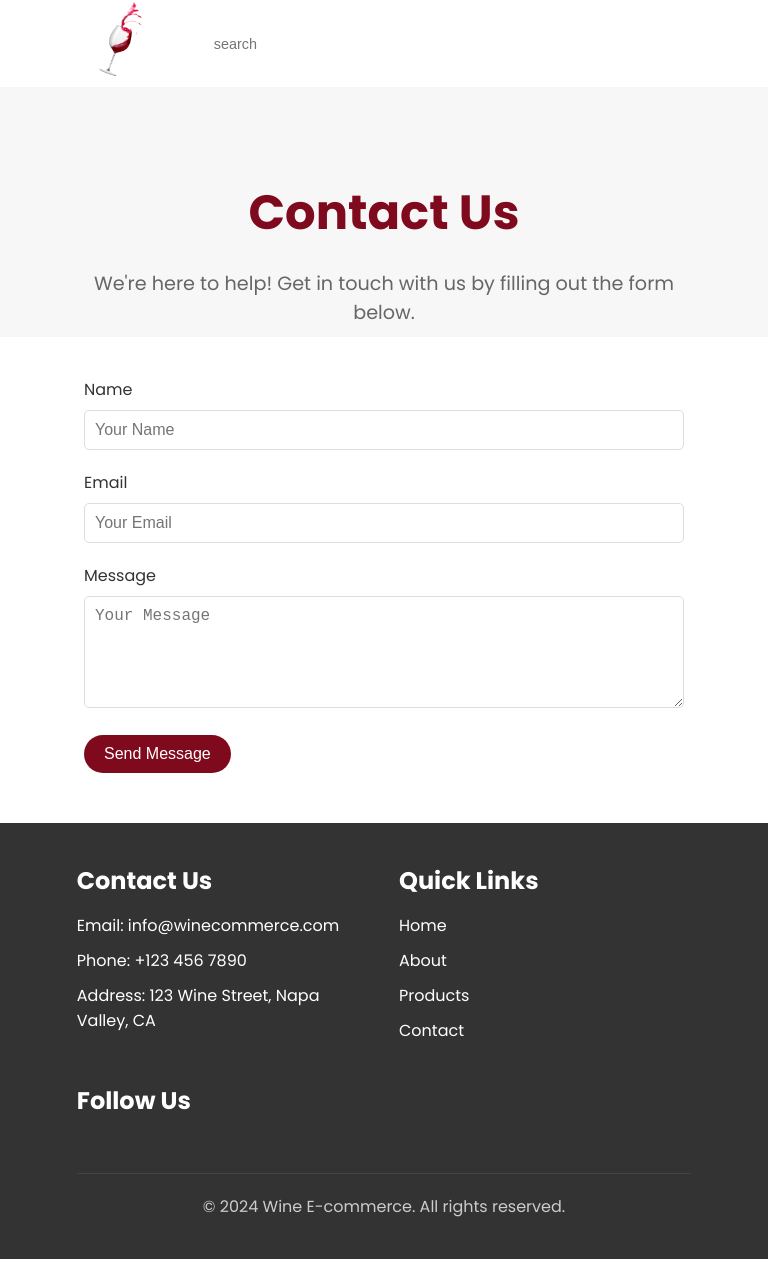
Repository: vncntxl/assesment3
Page: contact.html
The author's editor kept a copy of each file at every save. The page is drawn from the files as they stood at one save, then again after the next save.
The browser window is 768 px wide. The pictures show the whole page.
Some icons come from a web library that is not loaded, so they are not drawn.

Above is the page before, as saved 2024-08-22 13:46:37.

### contact.html
<!DOCTYPE html>
<html lang="en">

<head>
    <meta charset="UTF-8">
    <meta name="viewport" content="width=device-width, initial-scale=1.0">
    <title>Contact Us - Wine E-commerce</title>
    <link rel="stylesheet" href="styles.css">
    <link rel="stylesheet" href="https://unicons.iconscout.com/release/v4.0.0/css/line.css">
    <link rel="icon" href="images/logo.png" type="image/png">

</head>

<body>
    <!-- START OF NAVBAR -->
    <nav class="nav">
        <div class="container">
            <a href="index.html">
                <img class="logo" src="images/logo.png" alt="Logo">
            </a>
            <div class="search-bar">
                <i class="uil uil-search"></i>
                <input type="search" placeholder="search">
            </div>
            <div class="hamburger" id="hamburger">
                <i class="uil uil-bars"></i>
            </div>
            <ul>
                <li><a href="index.html">Home</a></li>
                <li><a href="about.html">About</a></li>
                <li><a href="products.html">Products</a></li>
                <li><a href="contact.html" class="active">Contact</a></li>
            </ul>
        </div>
    </nav>
    <!-- END OF NAVBAR -->

    <!-- START OF CONTACT SECTION -->
    <section class="contact-hero">
        <div class="container">
            <h1>Contact Us</h1>
            <p>We're here to help! Get in touch with us by filling out the form below.</p>
        </div>
    </section>

    <section class="contact-form container">
        <form id="contactForm">
            <div class="form-group">
                <label for="name">Name</label>
                <input type="text" id="name" name="name" placeholder="Your Name" required>
            </div>
            <div class="form-group">
                <label for="email">Email</label>
                <input type="email" id="email" name="email" placeholder="Your Email" required>
            </div>
            <div class="form-group">
                <label for="message">Message</label>
                <textarea id="message" name="message" placeholder="Your Message" rows="5" required></textarea>
            </div>
            <button type="submit" class="btn">Send Message</button>
        </form>
    </section>
    <!-- END OF CONTACT SECTION -->

    <!-- START OF FOOTER -->
    <footer class="footer">
        <div class="container">
            <div class="footer-columns">
                <div class="footer-column">
                    <h3>Contact Us</h3>
                    <ul>
                        <li>Email: info@winecommerce.com</li>
                        <li>Phone: +123 456 7890</li>
                        <li>Address: 123 Wine Street, Napa Valley, CA</li>
                    </ul>
                </div>
                <div class="footer-column">
                    <h3>Quick Links</h3>
                    <ul>
                        <li><a href="index.html">Home</a></li>
                        <li><a href="about.html">About</a></li>
                        <li><a href="products.html">Products</a></li>
                        <li><a href="#">Contact</a></li>
                    </ul>
                </div>
                <div class="footer-column">
                    <h3>Follow Us</h3>
                    <ul class="social-links">
                        <li><a href="#"><i class="uil uil-facebook-f"></i></a></li>
                        <li><a href="#"><i class="uil uil-twitter"></i></a></li>
                        <li><a href="#"><i class="uil uil-instagram"></i></a></li>
                        <li><a href="#"><i class="uil uil-linkedin-alt"></i></a></li>
                    </ul>
                </div>
            </div>
            <p class="footer-note">&copy; 2024 Wine E-commerce. All rights reserved.</p>
        </div>
    </footer>
    <!-- END OF FOOTER -->

    <script>
        document.getElementById("contactForm").addEventListener("submit", function(event) {
            event.preventDefault();
            alert("Successfully contacted!");
            document.getElementById("contactForm").reset(); // Reset the form after submission
        });
    </script>
</body>

</html>

### styles.css
/* font */
@import url('https://fonts.googleapis.com/css2?family=Poppins:ital,wght@0,100;0,200;0,300;0,400;0,500;0,600;0,700;0,800;0,900;1,100;1,200;1,300;1,400;1,500;1,600;1,700;1,800;1,900&display=swap');

* {
    padding: 0;
    margin: 0;
    box-sizing: border-box;
    outline: none;
    border: none;
}

body {
    font-family: 'Poppins', sans-serif;
}

.container {
    width: 80%;
    margin: 0 auto;
}

/* Base styles */
nav .container {
    display: flex;
    flex-direction: row;
    align-items: center;
    justify-content: space-between;
}

nav ul {
    display: flex;
    flex-direction: row;
    margin: 0;
    padding: 0;
    list-style: none;
}

nav ul li {
    margin-left: 20px;
}

nav ul li a {
    text-decoration: none;
    color: #800A1D;
    font-weight: 500;
    font-size: 1rem;
}

/* Hamburger menu */
.hamburger {
    display: none;
    cursor: pointer;
}

.hamburger i {
    font-size: 2rem;
    color: #800A1D;
}

/* Mobile styles */
@media (max-width: 768px) {
    .search-bar {
        flex: 1;
    }

    nav ul {
        display: none;
        flex-direction: column;
        position: absolute;
        top: 60px;
        right: 10px;
        background-color: black;
        border-radius: 8px;
        padding: 10px;
    }

    nav ul li {
        margin: 10px 0;
    }

    .hamburger {
        display: block;
    }

    .nav-links.open {
        display: flex;
    }
}


.logo {
    max-width: 90px;
}

nav .container {
    display: flex;
    align-items: center;
    justify-content: space-between;
}

.search-bar {
    background-color: #fff;
    border-radius: 2rem;
    padding: 0.6rem 1rem;
    margin: 15px;
}

.search-bar input[type="search"] {
    background: transparent;
    width: 30vw;
    margin-left: 1rem;
    font-size: 0.9rem;
    color: #800A1D;

}

nav li {
    display: inline-block;
    padding: 0 20px;
}

nav li a {
    text-decoration: none;
    color: #800A1D;
    font-weight: 500;
}

.hero-section {
    margin-top: 85px;
}

.white-image {
    background-image: url(images/white.jpg);
}

.red-image {
    background-image: url(images/red.jpg);

}

.rose-image {
    background-image: url(images/rose.jpg);

}

.sparkling-image {
    background-image: url(images/white.jpg);

}

.carousel {
    background: #EEE;
    font-size: 80px;
    color: #fff;
    font-weight: 600;
    max-height: 500px;
    margin-bottom: 50px;
}
.carousel-cell {
    width: 100%;
    height: 500px;
    display: flex;
    align-items: center;
    justify-content: center;
    background-size: cover;
    background-position: center;
    background-repeat: no-repeat;
    transition: opacity 0.3s ease;
}

/* cell number */
.carousel-cell:before {
    display: block;
    text-align: center;
    line-height: 200px;
    font-size: 80px;
    color: white;
}


/* big buttons, no circle */
.flickity-prev-next-button {
    width: 50px;
    height: 50px;
    background: rgba(255, 255, 255, 0.5);
    position: absolute;
    top: 50%;
    transform: translateY(-50%);
    z-index: 1000;
}

/* arrow color */
.flickity-prev-next-button .arrow {
    fill: white;
}

.flickity-prev-next-button.no-svg {
    color: white;
}

.flickity-prev-next-button:hover {
    background: transparent;
}

/* hide disabled button */
.flickity-prev-next-button:disabled {
    display: none;
}
/* Start of main content section */
.main-content {
    margin: 0px px;
}

.featured-products {
    text-align: center;
    margin-bottom: 50px;
}

.featured-products h2 {
    font-size: 2.5rem;
    color: #800A1D;
}

.products {
    display: grid;
    grid-template-columns: repeat(auto-fit, minmax(250px, 1fr));
    gap: 20px;
    margin-top: 20px;
}

.product-card {
    background-color: #fff;
    border: 1px solid #ddd;
    border-radius: 10px;
    overflow: hidden;
    box-shadow: 0px 0px 10px rgba(0, 0, 0, 0.1);
    transition: transform 0.3s ease;
    text-align: center;
    padding: 20px;
}

.product-card img {
    width: 100%;
    height: 300px;
    object-fit: contain;
    display: block;
    margin: 0 auto;
}


.product-card h3 {
    font-size: 1.5rem;
    color: #333;
    margin-bottom: 10px;
}

.product-card .price {
    font-size: 1.2rem;
    color: #800A1D;
}

.product-card:hover {
    transform: translateY(-5px);
}

/* About Us Section */
.about-us {
    text-align: center;
    padding: 50px 50px;
    width: 100%;
}

.about-us h2 {
    font-size: 2.5rem;
    color: #800A1D;
    margin-bottom: 20px;
}

.about-us p {
    font-size: 1.1rem;
    color: #666;
    margin-bottom: 30px;
}

.about-us .btn {
    display: inline-block;
    background-color: #800A1D;
    color: #fff;
    padding: 10px 20px;
    border-radius: 20px;
    text-decoration: none;
    transition: background-color 0.3s ease;
}

.about-us .btn:hover {
    background-color: #a00;
}

/* Footer Styles */
.footer {
    background-color: #333;
    color: #fff;
    padding: 40px 0;
    text-align: left;
}

.footer-columns {
    display: grid;
    grid-template-columns: repeat(auto-fit, minmax(200px, 1fr));
    gap: 30px;
    margin-bottom: 30px;
}

.footer-column h3 {
    font-size: 1.5rem;
    margin-bottom: 15px;
}

.footer-column ul {
    list-style: none;
}

.footer-column ul li {
    margin-bottom: 10px;
}

.footer-column ul li a {
    color: #fff;
    text-decoration: none;
}

.footer-column ul li a:hover {
    text-decoration: underline;
}

.social-links {
    display: flex;
    gap: 10px;
}

.social-links li {
    list-style: none;
}

.social-links li a {
    color: #fff;
    font-size: 1.5rem;
    transition: color 0.3s ease;
}

.social-links li a:hover {
    color: #800A1D;
}

.footer-note {
    text-align: center;
    font-size: 1rem;
    color: #ccc;
    border-top: 1px solid #444;
    padding-top: 20px;
    margin-top: 20px;
}

.about-hero {
    background-image: url('images/about-background.jpg');
    background-size: cover;
    background-position: center;
    padding-bottom: 50px;
    text-align: center;
    color: #fff;
}

.about-hero h1 {
    font-size: 3rem;
    margin-bottom: 20px;
}

.about-hero p {
    font-size: 1.2rem;
    max-width: 700px;
    margin: 0 auto;
}

.about-content {
    display: flex;
    flex-wrap: wrap;
    margin-top: 50px;
}

.about-text {
    flex: 1;
    padding-right: 20px;
}

.about-image {
    flex: 1;
}

.about-image img {
    max-width: 100%;
    border-radius: 10px;
    box-shadow: 0px 0px 20px rgba(0, 0, 0, 0.1);
}

.team {
    text-align: center;
    margin-top: 80px;
}

.team h2 {
    font-size: 2.5rem;
    color: #800A1D;
    margin-bottom: 50px;
}

.team-grid {
    display: grid;
    grid-template-columns: repeat(auto-fit, minmax(200px, 1fr));
    gap: 30px;
}

.team-member {
    text-align: center;
}

.team-member img {
    width: 100%;
    height: auto;
    border-radius: 50%;
    margin-bottom: 15px;
}

.team-member h3 {
    font-size: 1.5rem;
    color: #333;
    margin-bottom: 5px;
}

.team-member p {
    font-size: 1rem;
    color: #777;
}

.products-hero{
    margin-top: 100px;
    margin-bottom: 50px;
}
.products-hero .product-card{
    margin-bottom: 50px;
}
.contact-hero {
    background-color: #f7f7f7;
    padding-top: 90px ;
    padding-bottom: 10px;
    text-align: center;
    color: #333;
    margin-bottom: -10px;
}

.contact-hero h1 {
    font-size: 3rem;
    margin-bottom: 20px;
    color: #800A1D;
}

.contact-hero p {
    font-size: 1.2rem;
    max-width: 700px;
    margin: 0 auto;
    color: #666;
}

.contact-form {
    margin-top: 50px;
    max-width: 600px;
    margin-bottom: 50px;
}

.contact-form .form-group {
    margin-bottom: 20px;
}

.contact-form label {
    display: block;
    font-size: 1rem;
    color: #333;
    margin-bottom: 8px;
}

.contact-form input[type="text"],
.contact-form input[type="email"],
.contact-form textarea {
    width: 100%;
    padding: 10px;
    border-radius: 5px;
    border: 1px solid #ddd;
    font-size: 1rem;
    color: #333;
}

.contact-form textarea {
    resize: vertical;
}

.contact-form .btn {
    display: inline-block;
    background-color: #800A1D;
    color: #fff;
    padding: 10px 20px;
    border-radius: 20px;
    text-decoration: none;
    transition: background-color 0.3s ease;
    cursor: pointer;
    border: none;
    font-size: 1rem;
}

.contact-form .btn:hover {
    background-color: #a00;
}

After the next save:
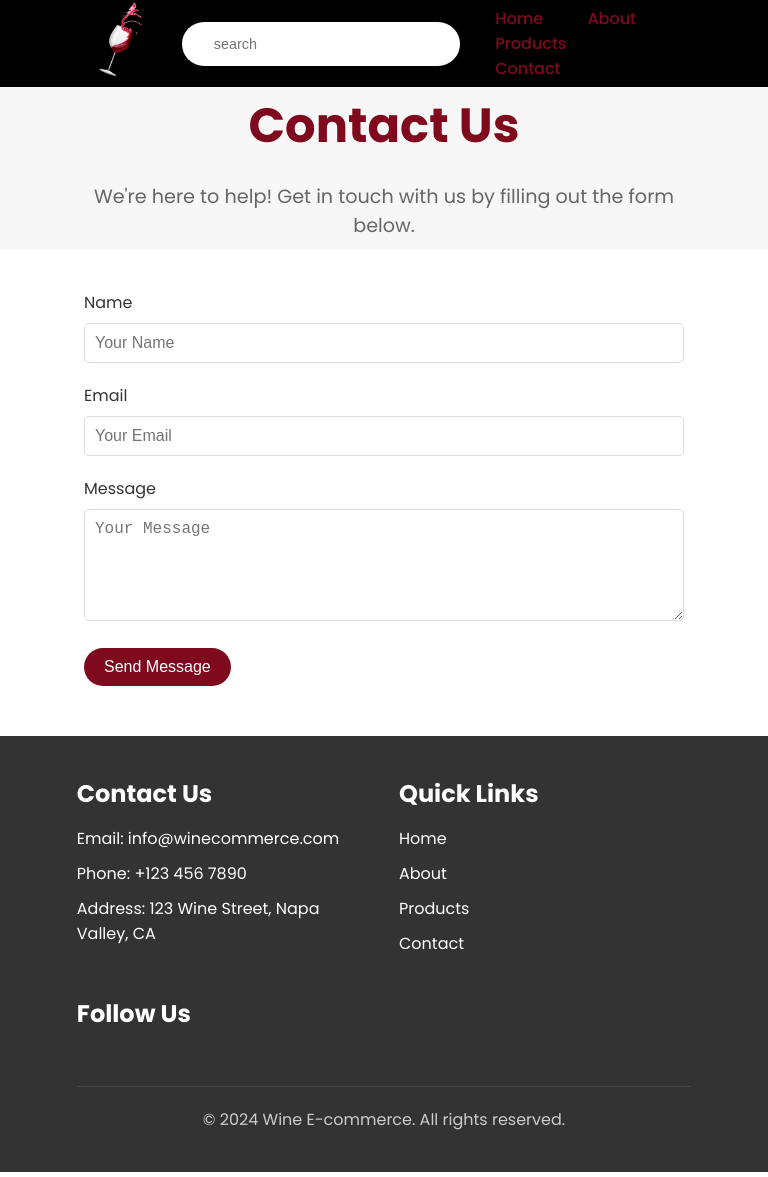
Saved 22 s later.
--- a/styles.css
+++ b/styles.css
@@ -18,74 +18,14 @@ body {
     margin: 0 auto;
 }
 
-/* Base styles */
-nav .container {
-    display: flex;
-    flex-direction: row;
-    align-items: center;
-    justify-content: space-between;
-}
-
-nav ul {
-    display: flex;
-    flex-direction: row;
-    margin: 0;
-    padding: 0;
-    list-style: none;
-}
-
-nav ul li {
-    margin-left: 20px;
-}
-
-nav ul li a {
-    text-decoration: none;
-    color: #800A1D;
-    font-weight: 500;
-    font-size: 1rem;
-}
-
-/* Hamburger menu */
-.hamburger {
-    display: none;
-    cursor: pointer;
-}
-
-.hamburger i {
-    font-size: 2rem;
-    color: #800A1D;
-}
-
-/* Mobile styles */
-@media (max-width: 768px) {
-    .search-bar {
-        flex: 1;
-    }
-
-    nav ul {
-        display: none;
-        flex-direction: column;
-        position: absolute;
-        top: 60px;
-        right: 10px;
-        background-color: black;
-        border-radius: 8px;
-        padding: 10px;
-    }
-
-    nav ul li {
-        margin: 10px 0;
-    }
-
-    .hamburger {
-        display: block;
-    }
-
-    .nav-links.open {
-        display: flex;
-    }
-}
-
+nav {
+    width: 100%;
+    background-color: black;
+    padding: 0.7 rem 0;
+    position: fixed;
+    top: 0;
+    z-index: 10;
+}
 
 .logo {
     max-width: 90px;
